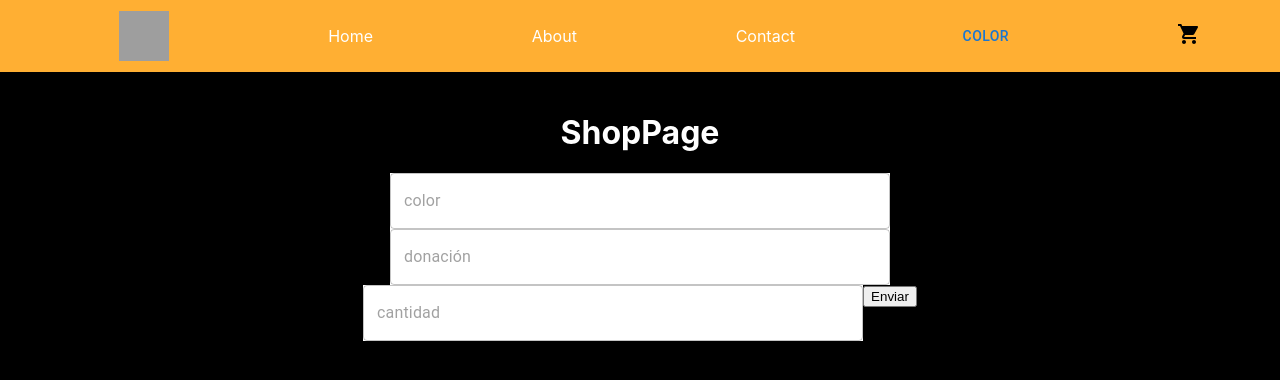
Repository: Toydrum/React-Hector-Coronado-EntregaFinal
Page: /shop
The author's editor kept a copy of each file at every save. The page is drawn from the files as they stood at one save, then again after the next save.
The browser window is 1280 px wide. The pictures show the whole page.
Pictures or frames that could not be fetched are drawn as grey boxes. The project was rebuilt for these pictures with package versions that can differ from the ones it lists, and the page was loaded fresh each time. Also part of the build but not shown: vite.config.js, src/components/CardUser/CardUser.jsx, src/components/CardList/CardList.css, src/firebase/firebaseConfig.js, src/components/CardList/CardList.jsx, src/pages/HomePage/HomePage.jsx, src/pages/ContactPage/ContactPage.jsx, src/pages/AboutPage/AboutPage.jsx and 1 more.

Above is the page before, as saved 2023-07-16 18:10:23.

After the next save:
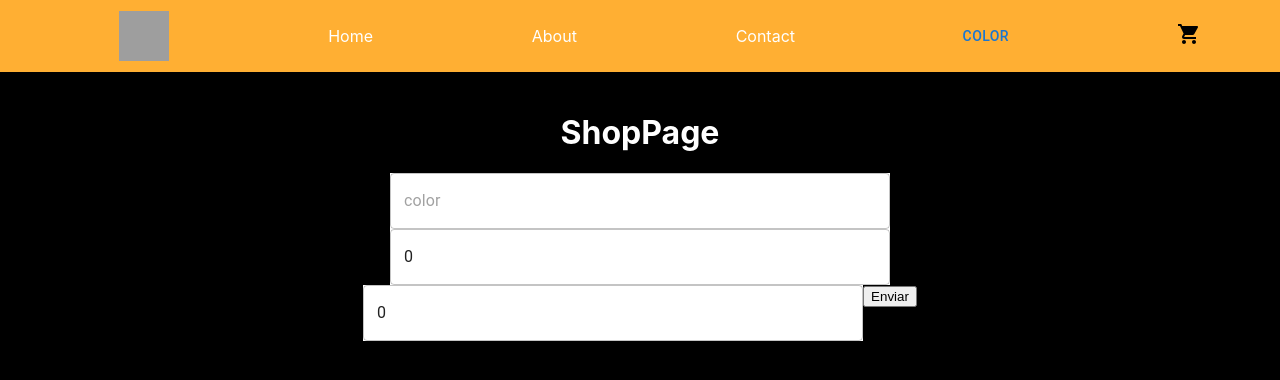
Saved 64 s later.
--- a/src/pages/ShopPage/ShopPage.jsx
+++ b/src/pages/ShopPage/ShopPage.jsx
@@ -16,9 +16,24 @@ const ShopPage = () => {
       <div className="caja">
         <h1 className="titulo">ShopPage</h1>
         <form>
-          <TextField name="color" className="campo" placeholder="color" />
-          <TextField name="donación" className="campo" placeholder="donación" />
-          <TextField name="cantidad" className="campo" placeholder="cantidad" />
+          <TextField
+            name="color"
+            className="campo"
+            placeholder="color"
+            value={values.color}
+          />
+          <TextField
+            name="donación"
+            className="campo"
+            placeholder="donación"
+            value={values.donacion}
+          />
+          <TextField
+            name="cantidad"
+            className="campo"
+            placeholder="cantidad"
+            value={values.cantidad}
+          />
           <button>Enviar</button>
         </form>
       </div>
